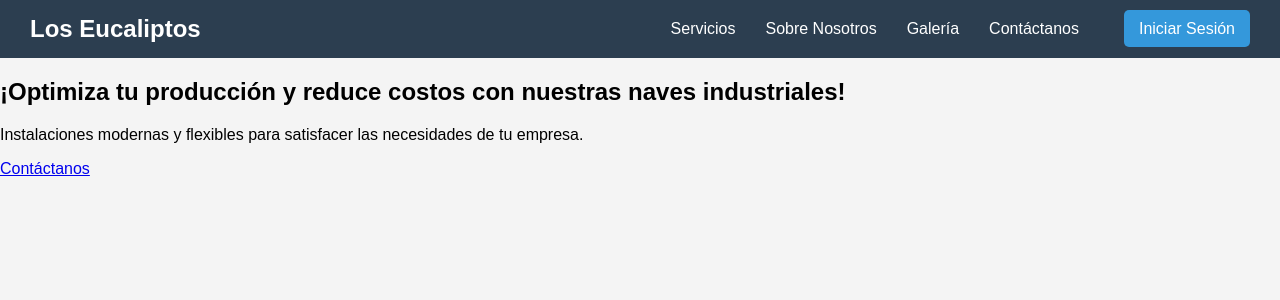
Repository: Los-Eucaliptos-WebApp/Los-Eucaliptos-FrontEnd
Page: pages/los-eucaliptos-home-page/index.html
The author's editor kept a copy of each file at every save. The page is drawn from the files as they stood at one save, then again after the next save.
The browser window is 1280 px wide. The pictures show the whole page.

Above is the page before, as saved 2025-02-16 21:40:36.

### pages/los-eucaliptos-home-page/index.html
<!DOCTYPE html>
<html lang="es">
<head>
    <meta charset="UTF-8">
    <meta name="viewport" content="width=device-width, initial-scale=1.0">
    <title>Los Eucaliptos - Naves Industriales</title>
    <link rel="stylesheet" href="styles.css">
</head>
<body>

    <header>
        <h1 class="logo">Los Eucaliptos</h1>
        <nav>
            <ul>
                <li><a href="#servicios">Servicios</a></li>
                <li><a href="#nosotros">Sobre Nosotros</a></li>
                <li><a href="#galeria">Galería</a></li>
                <li><a href="#contacto">Contáctanos</a></li>
            </ul>
            <div class="auth-buttons">
                <a href="login.html" class="btn">Iniciar Sesión</a>

            </div>
        </nav>
    </header>

    <section id="hero">
        <h2>¡Optimiza tu producción y reduce costos con nuestras naves industriales!</h2>
        <p>Instalaciones modernas y flexibles para satisfacer las necesidades de tu empresa.</p>
        <a href="#contacto" class="btn">Contáctanos</a>
    </section>

</body>
</html>

### pages/los-eucaliptos-home-page/styles.css
body {
    font-family: Arial, sans-serif;
    margin: 0;
    padding: 0;
    background-color: #f4f4f4;
}

/* ENCABEZADO */
header {
    display: flex;
    justify-content: space-between;
    align-items: center;
    background: #2C3E50;
    color: white;
    padding: 15px 30px;
}

/* LOGO A LA IZQUIERDA */
.logo {
    font-size: 24px;
    font-weight: bold;
    margin: 0;
}

/* NAVEGACIÓN */
nav {
    display: flex;
    align-items: center;
}

nav ul {
    list-style: none;
    display: flex;
    margin: 0;
    padding: 0;
}

nav ul li {
    margin: 0 15px;
}

nav ul li a {
    color: white;
    text-decoration: none;
    font-size: 16px;
}

/* BOTONES DE INICIO Y REGISTRO */
.auth-buttons {
    margin-left: 20px;
}

.auth-buttons .btn {
    background-color: #3498db;
    color: white;
    padding: 10px 15px;
    border-radius: 5px;
    text-decoration: none;
    margin-left: 10px;
}

.btn-secondary {
    background-color: #28a745;
}

After the next save:
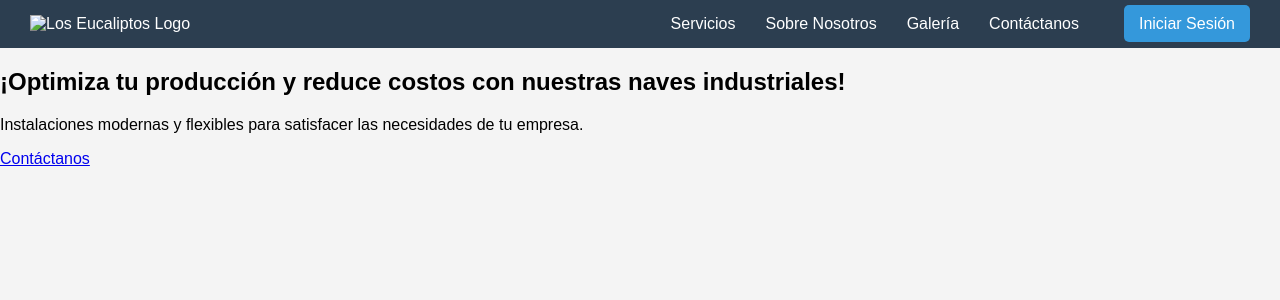
Not found: pages/los-eucaliptos-home-page/logo.png
Saved 3 min 22 s later.
--- a/pages/los-eucaliptos-home-page/index.html
+++ b/pages/los-eucaliptos-home-page/index.html
@@ -9,7 +9,7 @@
 <body>
 
     <header>
-        <h1 class="logo">Los Eucaliptos</h1>
+        <img src="logo.png" alt="Los Eucaliptos Logo">
         <nav>
             <ul>
                 <li><a href="#servicios">Servicios</a></li>
@@ -19,7 +19,6 @@
             </ul>
             <div class="auth-buttons">
                 <a href="login.html" class="btn">Iniciar Sesión</a>
-
             </div>
         </nav>
     </header>
